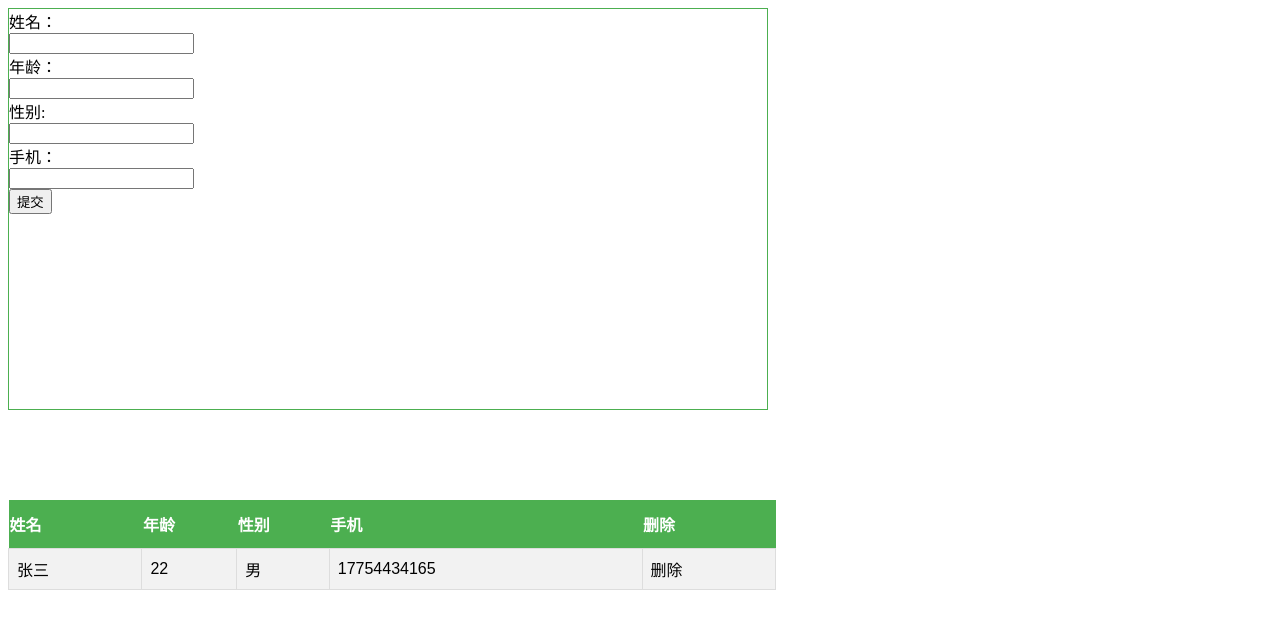
Repository: 1404413577/jsdemo
Page: small-demo/录入信息.html
The author's editor kept a copy of each file at every save. The page is drawn from the files as they stood at one save, then again after the next save.
The browser window is 1280 px wide. The pictures show the whole page.

Above is the page before, as saved 2022-11-20 15:33:19.

After the next save:
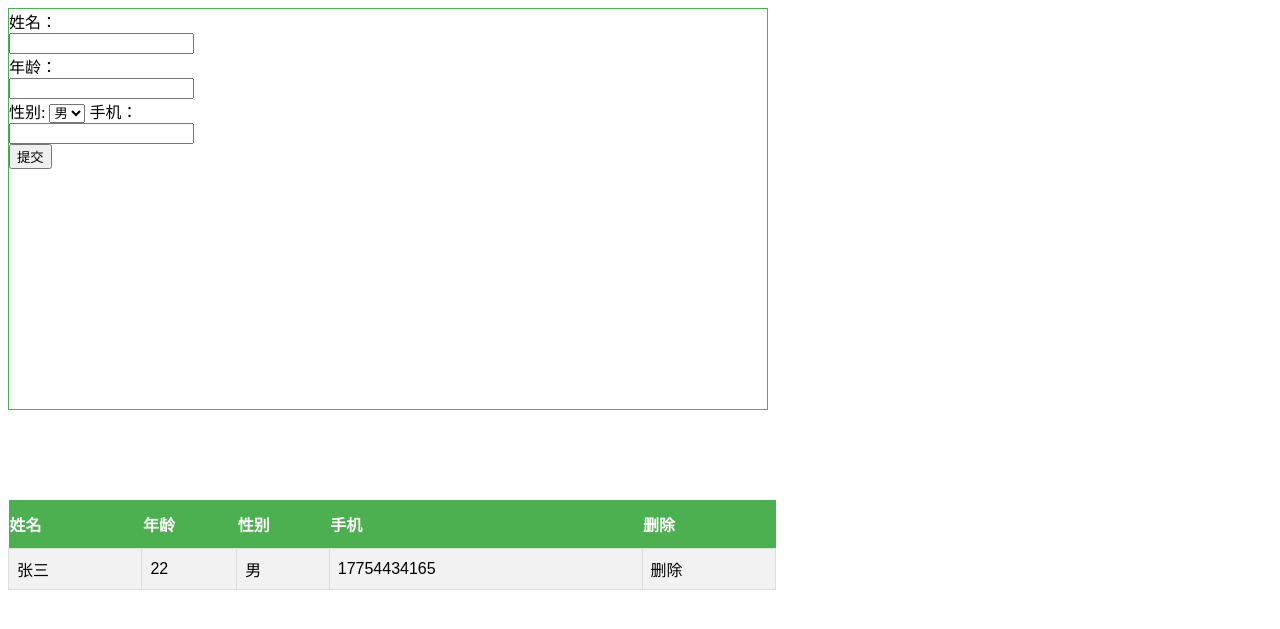
Saved 3 min 35 s later.
--- a/small-demo/录入信息.html
+++ b/small-demo/录入信息.html
@@ -49,10 +49,13 @@
 
 <body>
     <div class="main">
-        姓名：<input type="text">
-        年龄：<input type="text">
-        性别: <input type="number">
-        手机： <input type="text">
+        姓名：<input type="text" class="name">
+        年龄：<input type="text" class="age">
+        性别: <select name="gender" id="gender">
+            <option value="男">男</option>
+            <option value="女">女</option>
+        </select>
+        手机： <input type="text" class="phone">
         <button type="submit">提交</button>
     </div>
 
